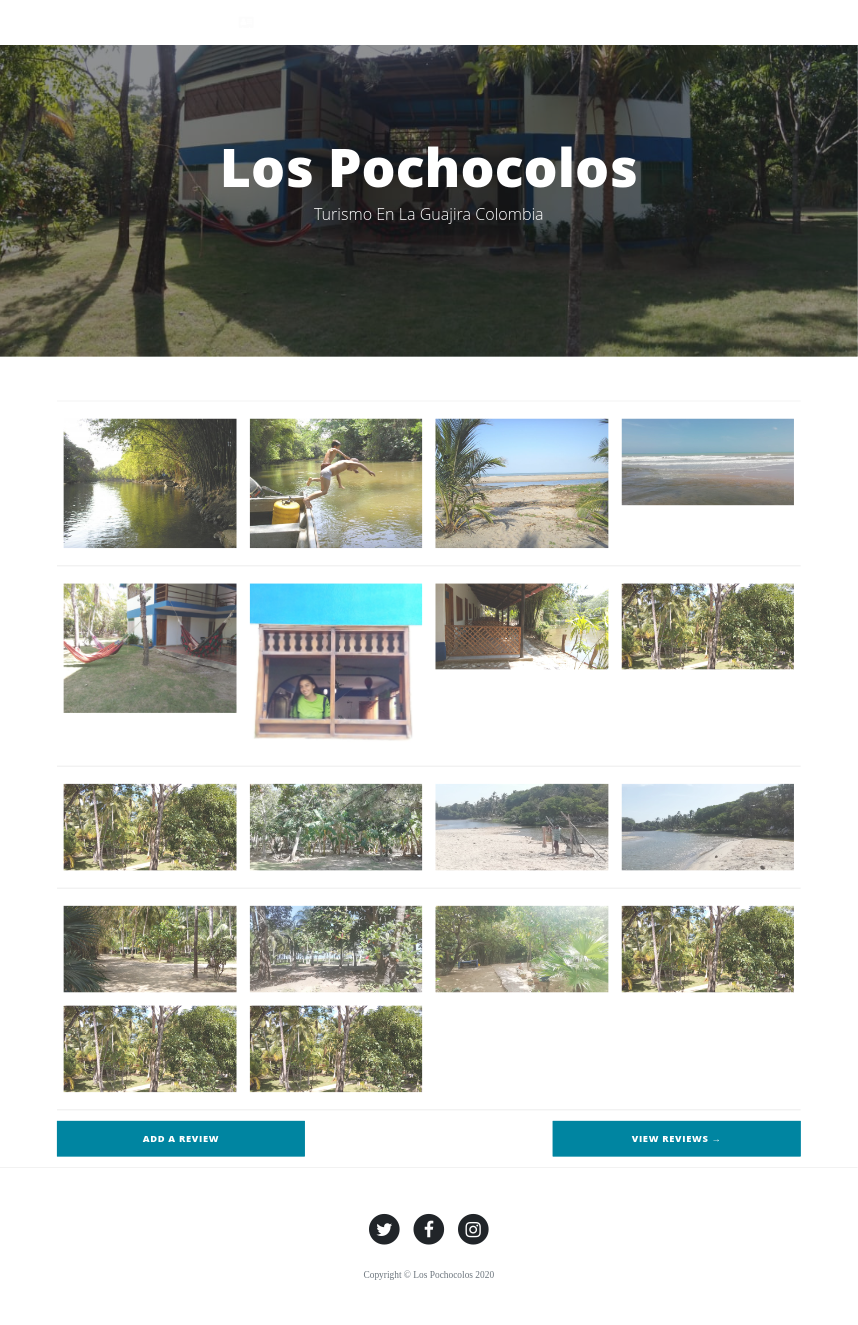
Repository: cachimiro/los-pochoclos
Page: http://localhost/
The author's editor kept a record of every edit. The page is drawn from the files as they stood at one moment, then again after the next edit.
The browser window is 1280 px wide. The pictures show the whole page, at 67% of full size.
Some web libraries are served in a nearby version. The page is served by the project's application, run on Flask 3 (run.py). Queries for data that is not in the repository find no rows.

Above is the page before.
Console error: ReferenceError: emailjs is not defined

After the next edit:
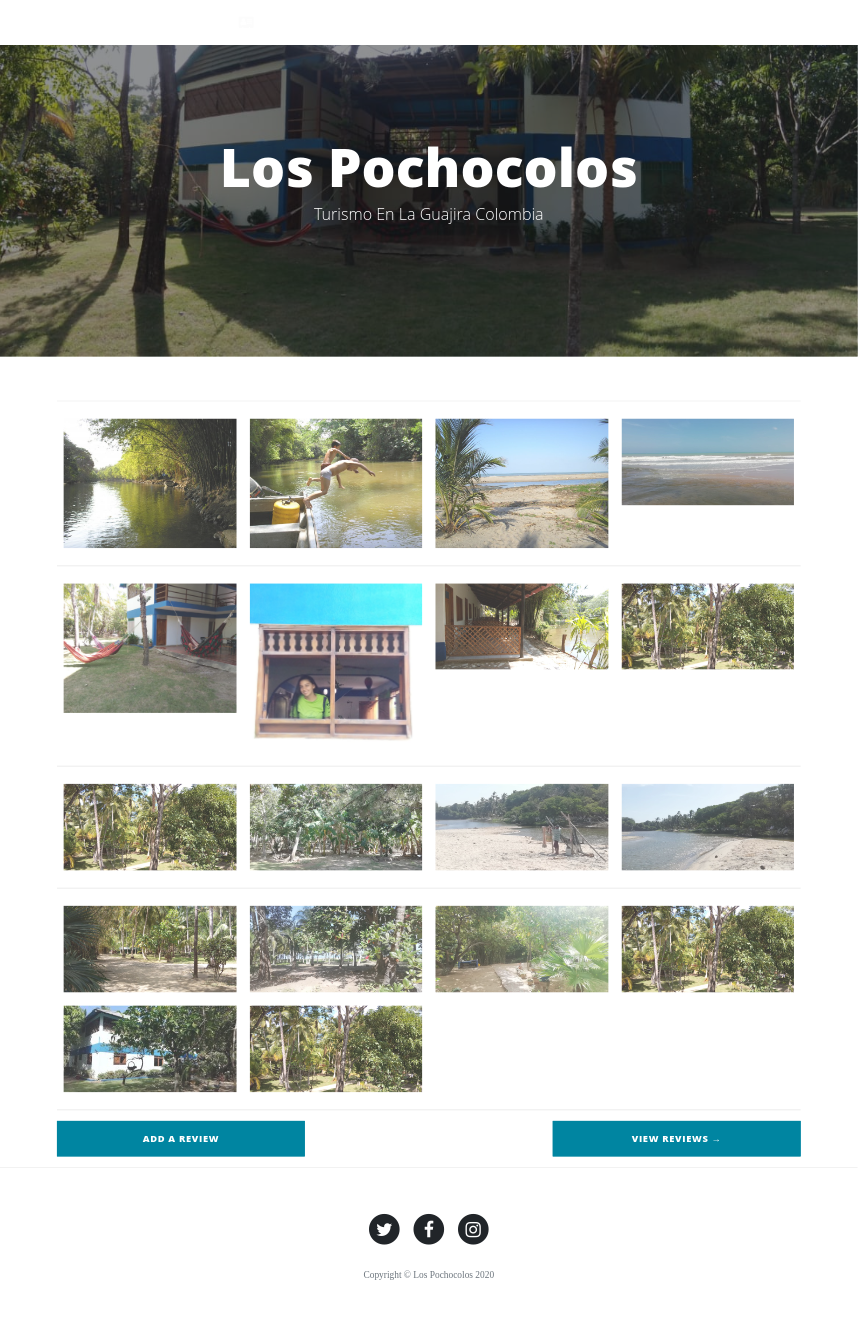
The edit:
--- a/templates/index.html
+++ b/templates/index.html
@@ -137,7 +137,7 @@
     <img src="../static/img-room/vista-frente-casa.jpg" alt="cabin" style="width:100%" onclick="expandImageFour(this);"id="togle-15">
   </div>
   <div class="column">
-    <img src="../static/img-room/vista-frente-casa.jpg" alt="cabin" style="width:100%" onclick="expandImageFour(this);"id="togle-15">
+    <img src="../static/img/a.jpg" alt="cabin" style="width:100%" onclick="expandImageFour(this);"id="togle-15">
   </div>
   <div class="column">
     <img src="../static/img-room/vista-frente-casa.jpg" alt="cabin" style="width:100%" onclick="expandImageFour(this);"id="togle-15">
